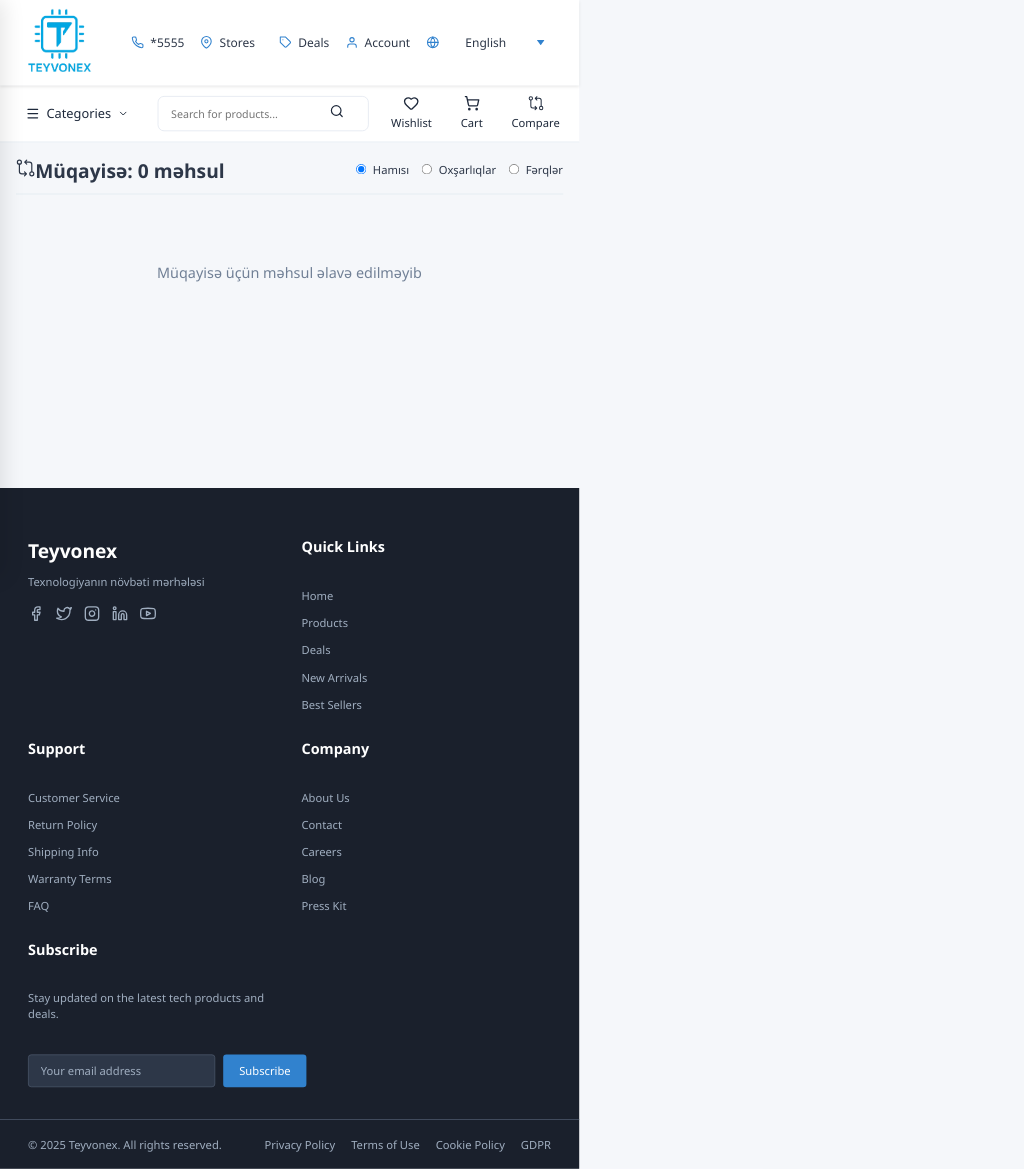
Repository: ferhadsultan98/e-commerce
Page: /compare
These files come from the project's save history. The page is drawn as it stood at one moment and after a run of saves; the edit follows.
The browser window is 1280 px wide. The pictures show the whole page, at 80% of full size.
The page's requests for data from a server got no answer. The project was rebuilt for these pictures with package versions that can differ from the ones it lists, and the page was loaded fresh each time. No one was signed in, and anything a server would have sent is missing. Also part of the build but not shown: vite.config.js, src/admin/Components/AdminLogin/AdminLogin.scss, src/admin/Components/AdminLogin/AdminLogin.jsx, src/client/Styles/Products.scss, src/client/Pages/Products/ProductCard.jsx, src/client/Pages/Products/Products.jsx, src/client/Styles/TechSlider.scss, src/client/Pages/TechSlider/TechSlider.jsx and 37 more.

Above is the page before, as saved 2025-04-27 16:55:36.

After the next 2 saves:
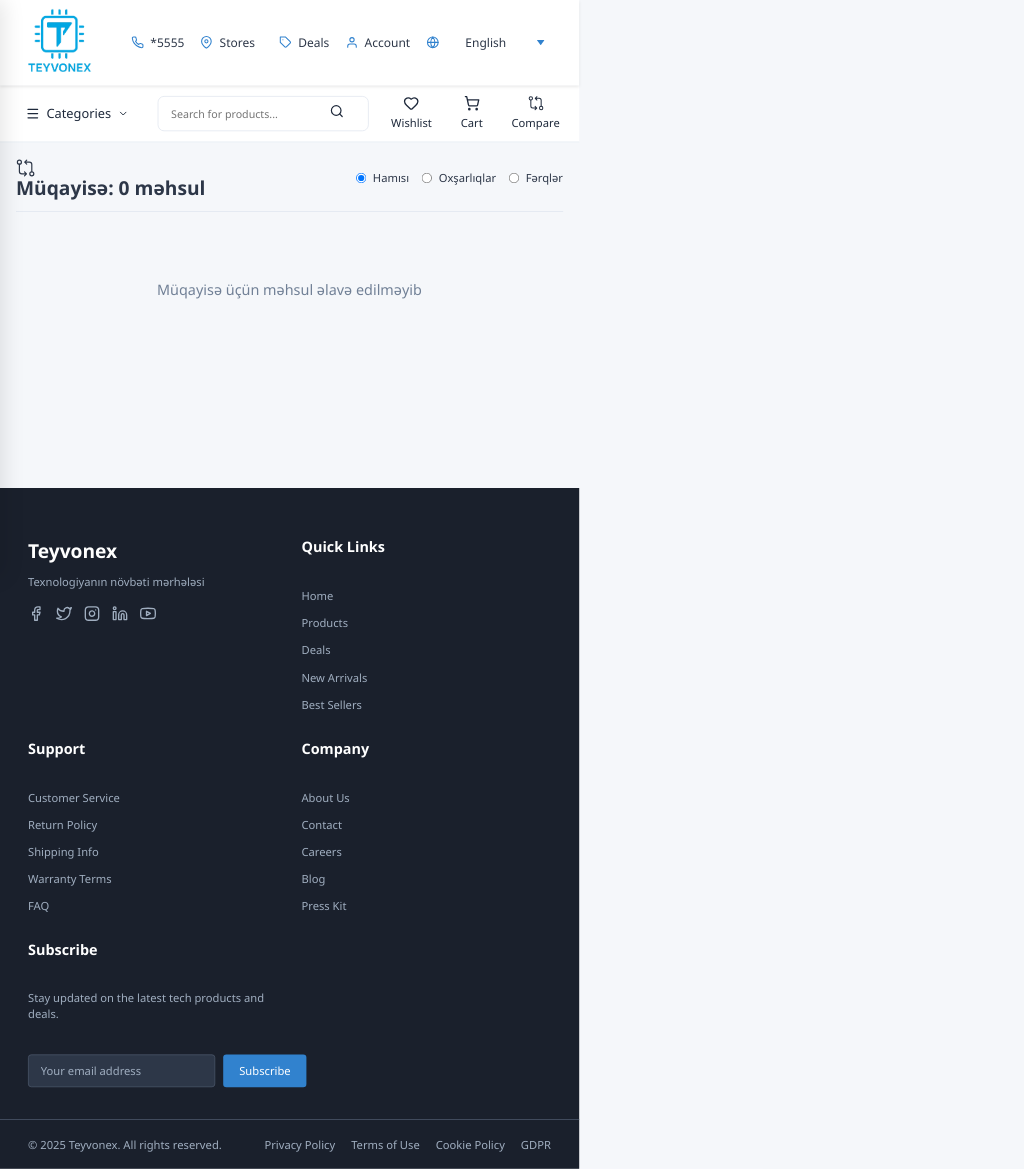
The 2 saves are shown as one change because 1 did not build or start.
The last was saved 36 s later.
--- a/src/client/Styles/ComparePage.scss
+++ b/src/client/Styles/ComparePage.scss
@@ -36,6 +36,9 @@ $success-color: #38a169;
       font-size: 24px;
       font-weight: 600;
       margin: 0;
+      span{
+        display: flex;
+      }
     }
 
     .viewToggle {
